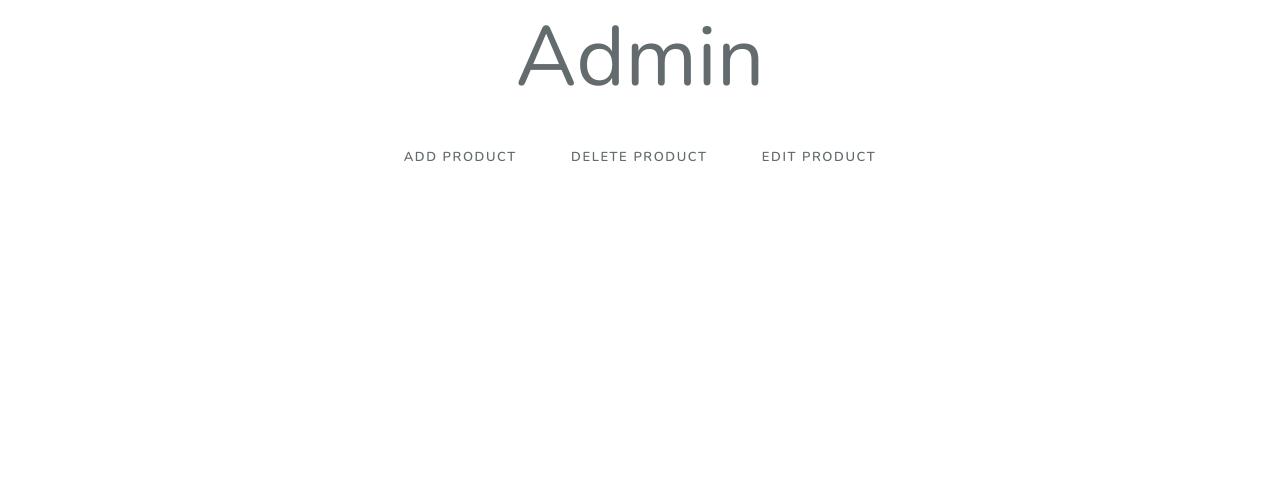
Repository: Fateen980/Tawfiq
Page: http://localhost/
The author's editor kept a copy of each file at every save. The page is drawn from the files as they stood at one save, then again after the next save.
The browser window is 1280 px wide. The pictures show the whole page.
The page is served by the project's Laravel application, run on PHP 8.4 with Laravel 8. Other server files are loaded and not shown.

Above is the page before, as saved 2020-09-17 01:39:18.

### routes/web.php
<?php

use Illuminate\Support\Facades\Route;

/*
|--------------------------------------------------------------------------
| Web Routes
|--------------------------------------------------------------------------
|
| Here is where you can register web routes for your application. These
| routes are loaded by the RouteServiceProvider within a group which
| contains the "web" middleware group. Now create something great!
|
*/

Route::get('/', function () {
    return view('welcome');
});




Auth::routes();

Route::get('/home', 'HomeController@index')->name('home');

Auth::routes();

Route::get('/home', 'HomeController@index')->name('home');

### resources/views/welcome.blade.php
<!DOCTYPE html>
<html lang="{{ str_replace('_', '-', app()->getLocale()) }}">
    <head>
        <meta charset="utf-8">
        <meta name="viewport" content="width=device-width, initial-scale=1">

        <title>Admin</title>

        <!-- Fonts -->
        <link href="https://fonts.googleapis.com/css?family=Nunito:200,600" rel="stylesheet">

        <!-- Styles -->
        <style>
            html, body {
                background-color: #fff;
                color: #636b6f;
                font-family: 'Nunito', sans-serif;
                font-weight: 200;
                height: 100vh;
                margin: 0;
            }

            .full-height {
                height: 100vh;
            }

            .flex-center {
                align-items: center;
                display: flex;
                justify-content: center;
            }

            .position-ref {
                position: relative;
            }

            .top-right {
                position: absolute;
                right: 10px;
                top: 18px;
            }

            .content {
                text-align: center;
            }

            .title {
                font-size: 84px;
            }

            .links > a {
                color: #636b6f;
                padding: 0 25px;
                font-size: 13px;
                font-weight: 600;
                letter-spacing: .1rem;
                text-decoration: none;
                text-transform: uppercase;
            }

            .m-b-md {
                margin-bottom: 30px;
            }
        </style>
    </head>
    <body>

            <div class="content">
                <div class="title m-b-md">
                    Admin
                </div>

                <div class="links">
                    <a href="https://laravel.com/docs">Add Product</a>
                    <a href="https://laracasts.com">Delete Product</a>
                    <a href="https://laravel-news.com">Edit Product</a>
                </div>
            </div>
    </body>
</html>

Loaded but not shown: app/Http/Controllers/Auth/LoginController.php (common file); app/Http/Controllers/Controller.php (common file); app/Http/Controllers/Auth/ConfirmPasswordController.php (common file)

After the next save:
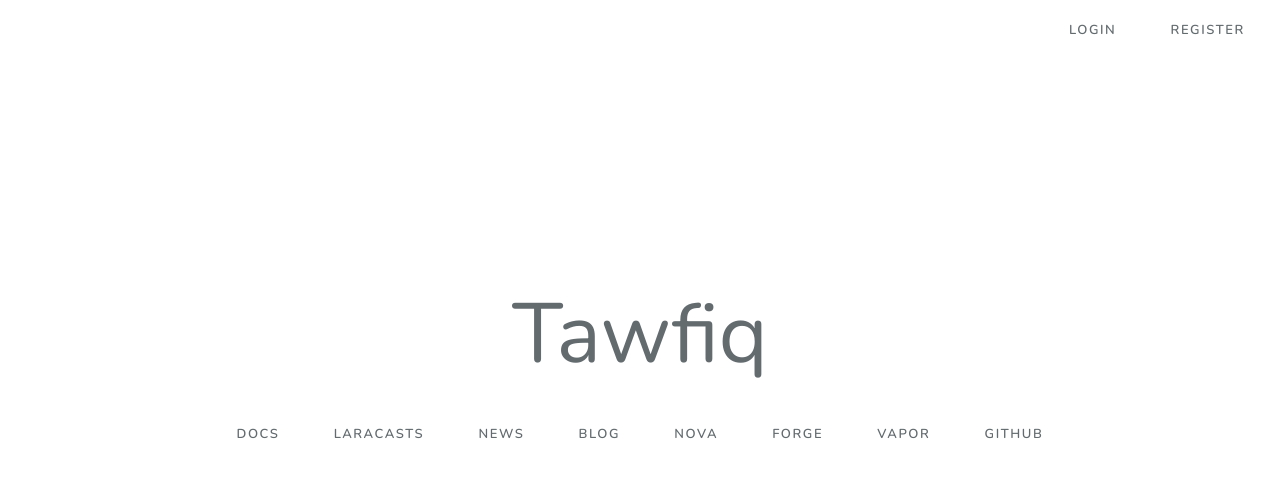
Saved 4 min 56 s later.
--- a/resources/views/welcome.blade.php
+++ b/resources/views/welcome.blade.php
@@ -4,7 +4,7 @@
         <meta charset="utf-8">
         <meta name="viewport" content="width=device-width, initial-scale=1">
 
-        <title>Admin</title>
+        <title>Laravel</title>
 
         <!-- Fonts -->
         <link href="https://fonts.googleapis.com/css?family=Nunito:200,600" rel="stylesheet">
@@ -64,17 +64,37 @@
         </style>
     </head>
     <body>
+        <div class="flex-center position-ref full-height">
+            @if (Route::has('login'))
+                <div class="top-right links">
+                    @auth
+                        <a href="{{ url('/home') }}">Home</a>
+                    @else
+                        <a href="{{ route('login') }}">Login</a>
+
+                        @if (Route::has('register'))
+                            <a href="{{ route('register') }}">Register</a>
+                        @endif
+                    @endauth
+                </div>
+            @endif
 
             <div class="content">
                 <div class="title m-b-md">
-                    Admin
+                    Tawfiq
                 </div>
 
                 <div class="links">
-                    <a href="https://laravel.com/docs">Add Product</a>
-                    <a href="https://laracasts.com">Delete Product</a>
-                    <a href="https://laravel-news.com">Edit Product</a>
+                    <a href="https://laravel.com/docs">Docs</a>
+                    <a href="https://laracasts.com">Laracasts</a>
+                    <a href="https://laravel-news.com">News</a>
+                    <a href="https://blog.laravel.com">Blog</a>
+                    <a href="https://nova.laravel.com">Nova</a>
+                    <a href="https://forge.laravel.com">Forge</a>
+                    <a href="https://vapor.laravel.com">Vapor</a>
+                    <a href="https://github.com/laravel/laravel">GitHub</a>
                 </div>
             </div>
+        </div>
     </body>
 </html>
